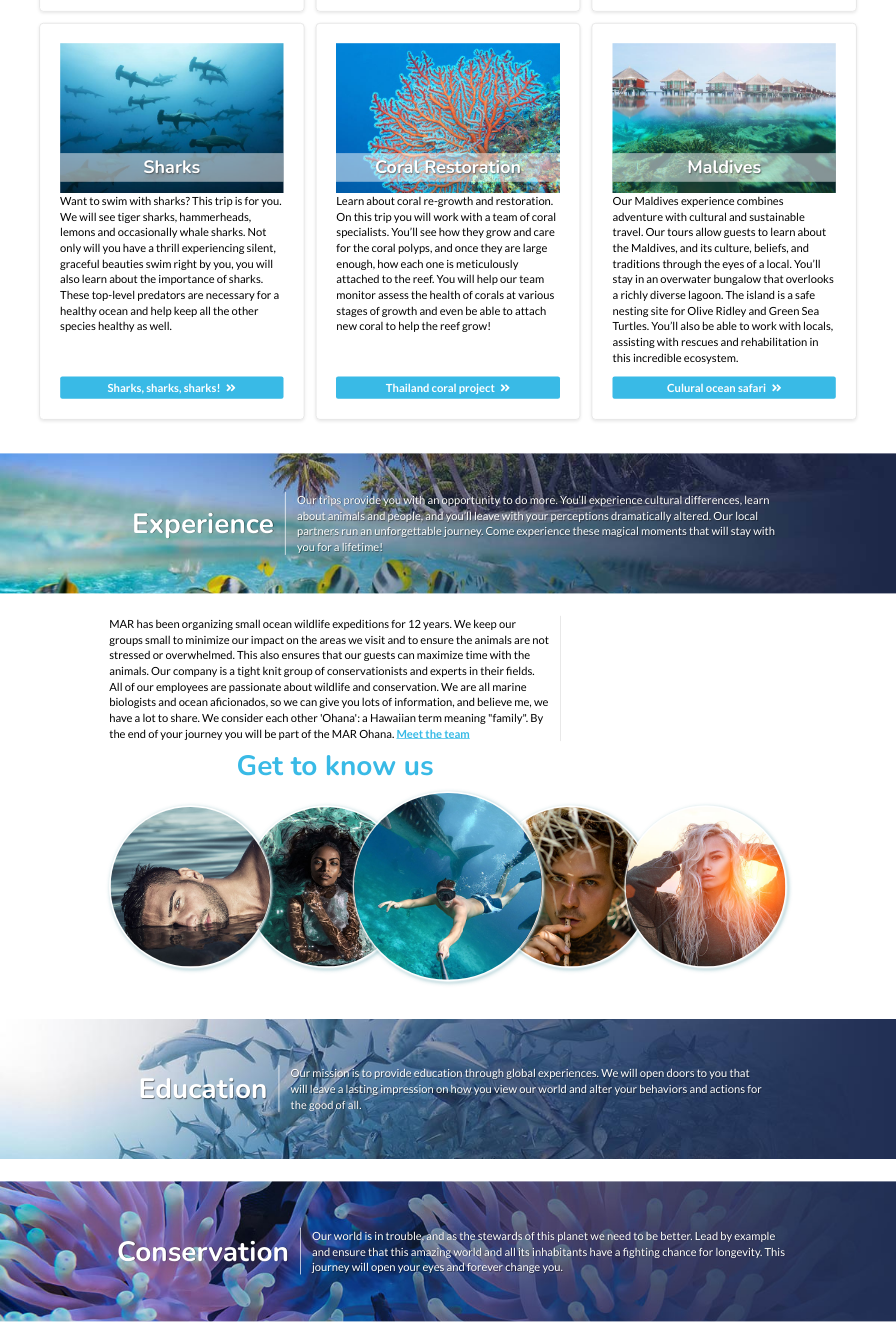
Repository: mariocapitbrok/css-combining-grid-and-flexbox-ch04
Page: 04_09/04_09_start.html
These files come from the project's save history. The page is drawn as it stood at one moment and after the next save; the edit follows.
The browser window is 1280 px wide. The pictures show the part of the page from y = 1084 to 3004 px (the page is 3004 px tall), at 70% of full size.

Above is the page before, as saved 2022-10-10 20:18:21.

### 04_09/04_09_start.html
<!DOCTYPE html>
<html lang="en">
<head>
  <meta charset="UTF-8">
  <meta name="viewport" content="width=device-width, initial-scale=1.0">
  <meta http-equiv="X-UA-Compatible" content="ie=edge">
  <meta name="description" content="MAR is a fictional company, the concept and design was created by Emily Kay for use on the Grid and Flexbox training course with Linkedin Learning">
  <meta name="author" content="Concept and design by Emily Kay">

  <title>MAR, Marine Awareness Retreats | transformative ocean-based trips focused on altering perceptions and habits</title>

  <link rel="shortcut icon" type="image/x-icon" href="images/favicon.ico">
  <link rel="apple-touch-icon" href="images/favicon.png">
  <!-- load font awesome -->
  <link rel="stylesheet" href="https://cdnjs.cloudflare.com/ajax/libs/font-awesome/5.15.3/css/all.min.css">
  <!-- load google fonts -->
  <link href="https://fonts.googleapis.com/css2?family=Lato:ital,wght@0,300;0,400;0,700;1,300;1,400&family=Nunito:ital,wght@0,200;0,300;0,400;0,600;0,700;0,800;1,400&display=swap" rel="stylesheet">

  <link rel="stylesheet" href="styles/base.css">

</head>
<body>

  <!-- header / hero -->
  <header class="hero" id="home">
    <img src="images/ecoSystems.png" alt="ocean ecosystems">
    <article>
      <h1>Marine Awareness Retreats.</h1>
      <p>We are an organization focused on educating and raising awareness about the importance of our ocean’s ecosystems. We create life-altering experiences that literally change perceptions and perspectives. Join us for an incredible trip that will educate and forever change you.</p>
      <button>Learn more about our trips <i class="fas fa-angle-double-right"></i></button>
    </article>
  </header>

  <!-- navigation -->
  <section class="navWrap">
    <img src="images/marLogo.svg" alt="MAR logo" class="logo">
    <input type="checkbox" id="navToggle" class="navToggle">
    <label for="navToggle" class="navToggleLabel"><span></span></label>
    <nav>
      <ul>
        <li><a href="#home">Home</a></li>
        <li><a href="#team">About</a></li>
        <li><a href="#gallery">Gallery</a></li>
        <li><a href="#problem">Blog</a></li>
        <li><a href="#contact">Contact</a></li>
        <li><a href="#trips" class="btn">Book an experience</a></li>
      </ul>
    </nav>
  </section>


  <main>

  <!-- Trips -->
  <section class="trips" id="trips">
    <article>
      <h1>Our trips</h1>
      <p>We have trips worldwide; incredible experiences that will not only provide unique animal interactions but will also introduce you to local heroes that are making a difference in their communities each and every day. Our trips educate and connect you with conservationists that are making changes in small communities. Little steps with huge impacts!</p>
    </article>
    <ul class="tripList">
      <li>
        <img src="images/trip01.jpg" alt="humpback whales">
        <h3>Humpback Whales</h3>
        <p>Tonga is a special place to visit - and if you go at the right time, you will be forever changed by seeing these gentle giants swimming with babies and engaging in heat runs. The excitement level is high on this trip; there’s nothing like hearing the song of a humpback whale as he tries to encourage a female to mate with him. Conservation is top priority among the locals, who do their best to ensure that the whales have a safe place to mate and birth.</p>
        <a href="#">Whales in Tonga <i class="fas fa-angle-double-right"></i></a>
      </li>
      <li>
        <img src="images/trip02.jpg" alt="Great Barrier Reef">
        <h3>GB Reef</h3>
        <p>Sail to some of the most incredible islands and dive sites in the world. The Great Barrier Reef is the world’s largest living organism, stretching over 2,000 km down the eastern coast of Australia. This trip will allow you to ‘live’ on the reef. We will visit turtle conservatories, shark protected breeding grounds, and you’ll learn about measures that are being taken to preserve this treasure.</p>
        <a href="#">Sail the Reef <i class="fas fa-angle-double-right"></i></a>
      </li>
      <li>
        <img src="images/trip03.jpg" alt="Galapagos">
        <h3>Galapagos</h3>
        <p>This trip is an amazing opportunity to visit many of the islands in the archipelago. There is so much diversity and an abundance of wildlife that is found nowhere else on earth. We will spend 10 days with sharks, mantas, turtles, ocean iguanas and so much more. Learn about the unique conservation efforts and amazing animals found only in the Galapagos.</p>
        <a href="#">Diversity central <i class="fas fa-angle-double-right"></i></a>
      </li>
      <li>
        <img src="images/trip04.jpg" alt="Sharks">
        <h3>Sharks</h3>
        <p>Want to swim with sharks? This trip is for you. We will see tiger sharks, hammerheads, lemons and occasionally whale sharks. Not only will you have a thrill experiencing silent, graceful beauties swim right by you, you will also learn about the importance of sharks. These top-level predators are necessary for a healthy ocean and help keep all the other species healthy as well.</p>
        <a href="#">Sharks, sharks, sharks! <i class="fas fa-angle-double-right"></i></a>
      </li>
      <li>
        <img src="images/trip05.jpg" alt="Coral">
        <h3>Coral Restoration</h3>
        <p>Learn about coral re-growth and restoration. On this trip you will work with a team of coral specialists. You’ll see how they grow and care for the coral polyps, and once they are large enough, how each one is meticulously attached to the reef. You will help our team monitor assess the health of corals at various stages of growth and even be able to attach new coral to help the reef grow!</p>
        <a href="#">Thailand coral project <i class="fas fa-angle-double-right"></i></a>
      </li>
      <li>
        <img src="images/trip06.jpg" alt="Maldives">
        <h3>Maldives</h3>
        <p>Our Maldives experience combines adventure with cultural and sustainable travel. Our tours allow guests to learn about the Maldives, and its culture, beliefs, and traditions through the eyes of a local. You’ll stay in an overwater bungalow that overlooks a richly diverse lagoon. The island is a safe nesting site for Olive Ridley and Green Sea Turtles. You’ll also be able to work with locals, assisting with rescues and rehabilitation in this incredible ecosystem.</p>
        <a href="#">Culural ocean safari <i class="fas fa-angle-double-right"></i></a>
      </li>
    </ul>
  </section>

  <!-- CTA1 -->
  <section class="cta cta1">
    <h1>Experience</h1>
    <p>Our trips provide you with an opportunity to do more. You’ll experience cultural differences, learn about animals and people, and you’ll leave with your perceptions dramatically altered. Our local partners run an unforgettable journey. Come experience these magical moments that will stay with you for a lifetime!</p>
  </section>

  <!-- Team -->
  <section class="team" id="team">
    <h1>Get to know us</h1>
    <ul class="teamMembers">
      <li><img src="images/team01.jpg" alt="team member"></li>
      <li><img src="images/team02.jpg" alt="team member"></li>
      <li><img src="images/team03.jpg" alt="team member"></li>
      <li><img src="images/team04.jpg" alt="team member"></li>
      <li><img src="images/team05.jpg" alt="team member"></li>
    </ul>
    <p>MAR has been organizing small ocean wildlife expeditions for 12 years. We keep our groups small to minimize our impact on the areas we visit and to ensure the animals are not stressed or overwhelmed. This also ensures that our guests can maximize time with the animals. Our company is a tight knit group of conservationists and experts in their fields. All of our employees are passionate about wildlife and conservation. We are all marine biologists and ocean aficionados, so we can give you lots of information, and believe me, we have a lot to share. We consider each other 'Ohana': a Hawaiian term meaning "family". By the end of your journey you will be part of the MAR Ohana. <a href="#">Meet the team</a></p>
  </section>

  <!-- CTA2 -->
  <section class="cta cta2">
    <h1>Education</h1>
    <p>Our mission is to provide education through global experiences. We will open doors to you that will leave a lasting impression on how you view our world and alter your behaviors and actions for the good of all.</p>
  </section>

  <!-- Problem -->


  <!-- Actions -->


  <!-- CTA3 -->
  <section class="cta cta3">
    <h1>Conservation</h1>
    <p>Our world is in trouble, and as the stewards of this planet we need to be better. Lead by example and ensure that this amazing world and all its inhabitants have a fighting chance for longevity. This journey will open your eyes and forever change you.</p>
  </section>

  <!-- Photo Gallery -->

  </main>


  <!-- Footer -->
  <footer>

  <!-- Contact Form -->

  <!-- Social Media -->

  <!-- Contact Info -->

  </footer>
</body>
</html>

### 04_09/styles/base.css
/*

TABLE OF CONTENTS

  1. Global styles
  2. Hero
  3. Navigation
  4. Trips
  5. CTA
  6. Team
  7. Problem
    7a. Actions
  8. Gallery
  9. Footer
    9a. Contact
    9b. Connect
  10. Media Queries
    10a. Media Query, (min-width: 700px)
      10a-i. Hero
      10a-ii. Navigation, Large screen
      10a-iii. Trips, Large screen
      10a-iv. CTA summaries, Large screen rules
      10a-v. Team, Large screen rules
    10b. Media Query, (min-width: 1000px)

*/

/* ############ 1. Global Styles ############ */
 article, aside, details, figcaption, figure, footer, header, hgroup, menu, nav, section {
   display: block;
}

 * {
   padding: 0;
   margin: 0;
   box-sizing: border-box;
   font-size: 100%;
 }

 body > * {
   font-family: 'Lato', sans-serif;
   line-height: 1.4;
 }

 img {
   max-width: 100%;
   height: auto;
 }

 h1, h2, h3, h4 {
   font-family: 'Nunito', sans-serif;
   line-height: 1;
 }

 h1 {
   font-size: 2.5rem;
 }

 h2 {
   font-size: 2rem;
 }

 h3 {
   font-size: 1.6rem;
 }

 h4 {
   font-size: 1.4rem;
 }

 p {
   line-height: 1.4;
 }

a {
  color: #36bae6;
  font-weight: bold;
}

a:hover {
  color: #e06630;
}

i {
  padding-left: .5rem;
}

/* ############ 2. Hero ############ */
.hero {
  background: url("../images/header1_sm.jpg") no-repeat center right;
  background-size: cover;
  color: #fff;
  font-size: 20px;
  text-align: center;
  display: grid;
  grid-template-columns: 10px 2fr 10px;
  grid-template-rows: .5fr 1fr 20px;
  grid-gap: 20px;
 }

.hero img {
  margin: auto;
  padding-top: 1rem;
  grid-column: 2 / 3;
  grid-row: 1 / 2;
}

.hero article {
  grid-column: 2 / 3;
  grid-row: 2 / 3;
}

.hero h1 {
  font-size: 2rem;
  text-transform: uppercase;
}

.hero button {
  background-color: #fff;
  border: none;
  border-radius: 4px;
  color: #2abadf;
  font-size: 1rem;
  padding: 5px 10px;
  margin: .75rem auto 0;
}


/* ############ 3. Navigation ############ */
.logo {
  max-width: 90px;
 }

.navWrap {
  position: sticky;/*  ** note the menu will not be sticky until we add more page content */
  top: 0;
  z-index: 99;
  height: 48px;
  width: 100%;
  background-color: #212f54;
  border-bottom: 1px solid #e0e5eb;
  box-shadow: 0px 1px 8px #223055;
  padding: 0 1.5rem;
  display: flex;
  align-items: center;
  justify-content: space-between;
}

input#navToggle {
  display: none;
}

input#navToggle ~ label {
  position: relative;
  padding: 0.25rem;
  width: 2rem;
  height: 1.25rem;
  height: 2rem;
}

input#navToggle ~ label > span,
input#navToggle ~ label > span::before,
input#navToggle ~ label > span::after {
  content: "";
  display: block;
  position: absolute;
  top: .75rem;
  height: 0.125rem;
  width: 1.75rem;
  opacity: 1;
  background: #fff;
  transition: 0.14s ease-in-out;
}

input#navToggle ~ label > span::before {
  top: -0.5rem;
}

input#navToggle ~ label > span::after {
  top: 0.5rem;
}

#navToggle:checked ~ label > span {
  width: 0;
  background: rgba(18, 18, 18, 0);
}

#navToggle:checked ~ label > span::before {
  transform: rotateZ(45deg);
  top: 0;
}

#navToggle:checked ~ label > span::after {
  transform: rotateZ(-45deg);
  top: 0;
}

#navToggle:checked ~ nav {
  left: 0;
}

nav {
  position: absolute;
  z-index: -1;
  top: 3.0rem;
  left: -110%;
  width: 100%;
  transition: 0.22s ease-in-out;
}

nav::after {
  content: "";
  position: absolute;
  top: 0;
  z-index: -1;
  height: 100vh;
  width: 100vw;
  background-color: #13b1e7;
  background-size: cover;
}

nav ul {
    list-style-type: none;
}

nav ul li a {
  display: inline-block;
  text-decoration: none;
  width: 100%;
  padding: .75rem 1rem;
  color: #fff;
  border-bottom: solid 1px rgba(255,255,255,.5);
  transition: 0.14s ease-in-out;
}

nav ul li a:hover {
  color: #36bae6;
  background: #e0e5eb;
}

nav ul li:last-of-type::before {
  content: "";
  display: block;
  padding: .5rem;
  }

nav .btn {
  background: #fff;
  border-bottom: none;
  border-radius: 4px;
  box-shadow: inset 0 0 5px #eeb80c;
  color: #223054;
  width: 40%;
  padding: 0.25rem .6rem;
  letter-spacing: 1px;
  text-shadow: 0 0 1px rgb(19,177,231);
  display: flex;
  justify-content: center;
  margin: auto;
}

nav .btn:hover {
  background-color: #223054;
  box-shadow: inset 0 0 5px #13b1e7;
  color: #fff;
}

/* ############ 4. Trips ############ */
.trips {
  padding: 1rem;
  margin: auto;
  max-width: 1200px;
}

.trips article {
  margin: 2rem auto;
  width: 80%;
  max-width: 1000px;
}

.trips h1 {
  color: #3abadf;
  font-size: 3rem;
  margin-left: 1rem;
}

.trips article p {
  border-left: solid 1px #dedede;
  padding-left: 1rem;
}

.tripList {
  list-style-type: none;
  display: grid;
  grid-template-columns: repeat(auto-fit, minmax(260px, 1fr));
  grid-gap: 1rem;
}

.tripList li {
  background-color: rgba(255,255,255,.9);
  border-radius: 6px;
  border: solid 1px #dedede;
  box-shadow: 0 2px 5px rgba(0,0,0,0.1);
  padding: 1.8rem;
  display: grid;
  grid-template-columns: 1fr;
  grid-template-rows: auto minmax(140px, 1fr) auto;
}

.tripList h3, .tripList img {
  grid-row: 1 / 2;
  grid-column: 1;
}

.tripList h3 {
  background-color: rgba(255,255,255,.5);
  color: #fff;
  padding: .5rem;
  margin-bottom: 1rem;
  text-align: center;
  text-shadow: 1px 1px 2px rgba(51,51,51,.7);
  align-self: end;
}

.trips a {
  border-radius: 3px;
  background-color: #39bae6;
  color: #fff;
  height: 2rem;
  margin-top: 1rem;
  text-decoration: none;
  display: flex;
  justify-content: center;
  align-items: center;
}

.trips a:hover {
  background-color: #333;
}


/* ############ 5. CTA ############ */
.cta {
  background-repeat: no-repeat;
  background-position: center center;
  background-size: cover;
  color: #fff;
  margin: 2rem auto;
  padding: 2rem;
  text-shadow: 1px 1px 1px rgb(0 0 0 / 50%);
}

.cta1 {
  background-image: url("../images/ctaBG1_sm.jpg");
}

.cta2 {
  background-image: url("../images/ctaBG2_sm.jpg");
}

.cta3 {
  background-image: url("../images/ctaBG3_sm.jpg");
}

.cta h1 {
  margin-left: 1rem;
}

.cta p {
  border-left: solid 1px #fff;
  padding-left: 1rem;
  max-width: 700px;
}


/* ############ 6. Team ############ */
.team {
  margin: 1rem;
}

.team h1 {
  text-align: center;
  color: #39bae6;
}

.team p {
  margin-bottom: 1rem;
}

.teamMembers {
  list-style-type: none;
  margin: 1rem 0;
  display: grid;
  grid-template-columns: repeat(10, 1fr);
  align-items: center;
}

.teamMembers li {
  grid-row: 1 / 2;
}

.teamMembers li:nth-child(1) {
  grid-column: 1 / 4;
  order: 1;
}

.teamMembers li:nth-child(2) {
  grid-column: 3 / 6;
}

.teamMembers li:nth-child(3) {
  grid-column: 4 / 8;
  order: 1;
  text-align: center;
}

.teamMembers li:nth-child(4) {
  grid-column: -3 / 6;
  text-align: right;
}

.teamMembers li:nth-child(5) {
  grid-column: -4 / -1;
  text-align: right;
}

.teamMembers li:hover {
  order: 2;
}

.teamMembers img {
  border-radius: 50%;
  width: 80%;
  box-shadow: 1px 1px 3px #fff, 2px 2px 6px rgb(28 121 138 / 50%);
  border: solid 2px rgba(255,255,255,.8);
}

.teamMembers li:nth-child(3) img {
  width: 70%;
}


/* ############ 7. Problem ############ */

/* ############ 7a. Problem > Action ############ */


/* ############ 8. Gallery ############ */


/* ######### 9. Footer ######### */

/* ######### 9a. Footer > Contact ######### */

/* ######### 9b. Footer > Connect ######### */


/* ############ 10. Media Queries ############ */

/* ############ 10a. Media Query, (min-width: 700px) ############ */
@media screen and (min-width: 700px) {
  /* ######### 10a-i. HERO, Large screen rules ######### */
  header.hero {
    background: url(../images/header1_lg.jpg) no-repeat center left;
    background-size: cover;
    text-align: left;
    grid-template-columns: repeat(6, 1fr);
    grid-template-rows: .25fr 1fr .25fr;
    align-items: center;
  }

  .hero img {
    margin: 0 0 0 auto;
    grid-row: 2 / 3;
  }

  .hero article {
   max-width: 1000px;
   grid-column: 3 / 6;
  }

/* ######### 10a-ii. Navigation, Large screen rules ######### */
  .navWrap {
    display: grid;
    grid-template-columns: 100px minmax(auto, 1100px);
    justify-content: center;
    height: auto;
  }

  .navToggleLabel {
    display: none;
  }

  nav {
    position: initial;
  }

  nav ul {
    display: flex;
    justify-content: flex-end;
    align-items: center;
  }

  nav ul li a {
    border-bottom: none;;
  }

  nav ul li a:hover {
    background: transparent;
  }

  nav::after, nav ul li:last-of-type::before {
    display: none;
    padding: initial;
  }

  nav .btn {
    width: auto;
    background: #13b1e7;
    color: #fff;
    letter-spacing: normal;
    text-shadow: none;
    box-shadow: none;
  }

  nav.btn:hover {
    box-shadow: inset 0 0 5px #13b1e7;
    background-color: #223054;
  }

/* ######### 10a-iii. Trips, Large screen rules ######### */
  .tripList {
  grid-template-columns: repeat(auto-fit, minmax(300px, 1fr));
  }

  .trips article {
   width: 90%;
   display: flex;
   align-items: center;
  }

  .trips h1 {
    margin: 0 1rem 0 0;
  }

  .trips p {
    flex: 3;
  }

/* ######### 10a-iv. CTA summaries, Large screen rules ######### */
  .cta {
    min-height: 200px;
    display: flex;
    align-items: center;
    justify-content: center;
  }

  .cta1 {
    background-image: url("../images/ctaBG1_lg.jpg");
  }

  .cta2 {
    background-image: url("../images/ctaBG2_lg.jpg");
  }

  .cta3 {
    background-image: url("../images/ctaBG3_lg.jpg");
  }

  .cta h1 {
    margin-right: 1rem;
  }

/* ######### 10a-v. Team, Large screen rules ######### */
  .team {
    max-width: 1000px;
    margin: auto;
    padding: 0 1rem;
    display: grid;
    grid-template-columns: 1fr .5fr;
    grid-template-rows: repeat(2, auto);
  }

  .team h1 {
    order: 2;
    grid-row: 2 / -1;
  }

  .teamMembers {
    order: 1;
    grid-column: 1 / -1;
  }

  .team p {
    border-right: solid 1px #dedede;
    padding-right: 1rem;
  }

}

/* ############ 10b. Media Query, (min-width: 1000px) ############ */
@media screen and (min-width: 1000px) {

}

After the next save:
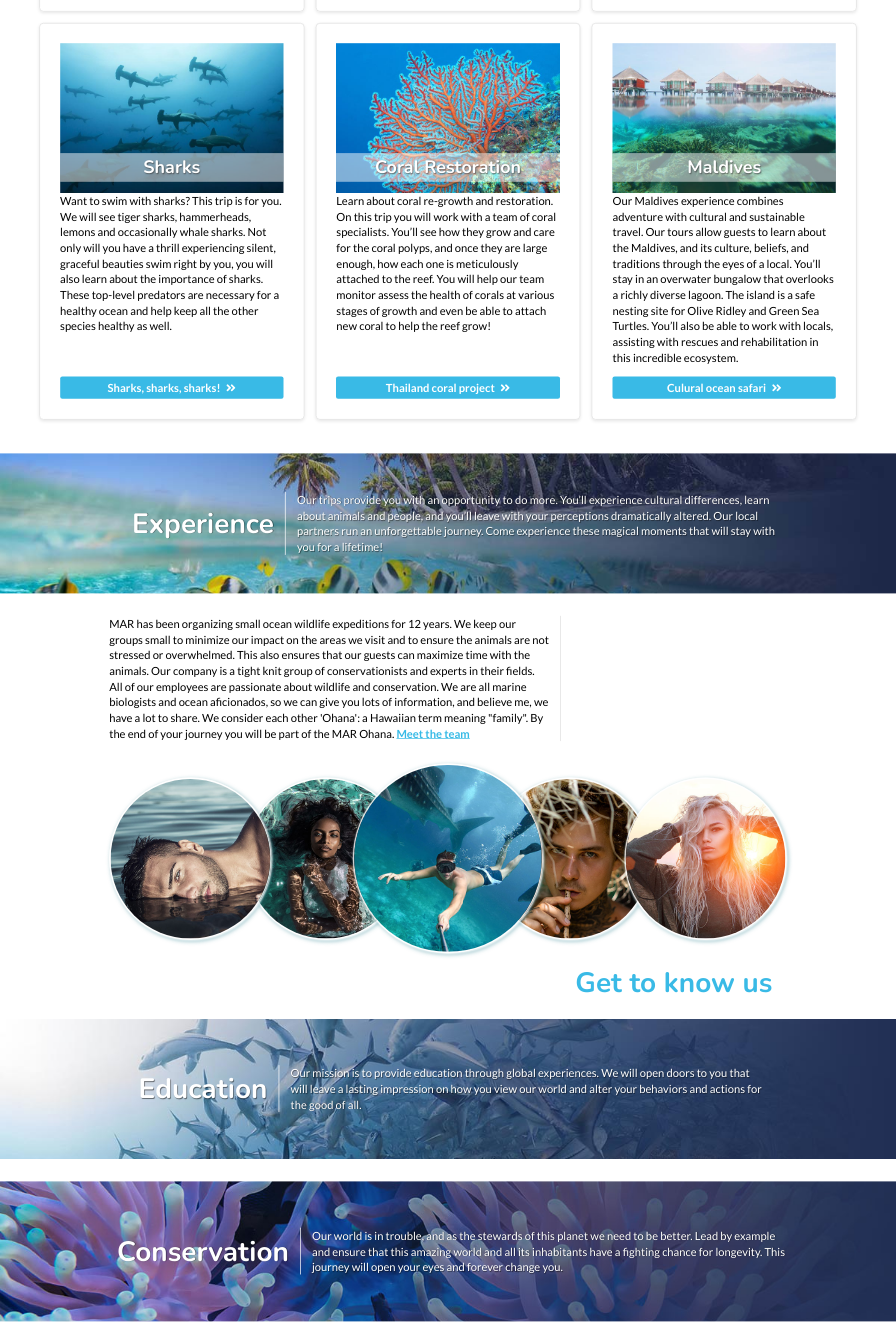
Saved 26 s later.
--- a/04_09/styles/base.css
+++ b/04_09/styles/base.css
@@ -583,7 +583,7 @@ nav .btn:hover {
 
   .team h1 {
     order: 2;
-    grid-row: 2 / -1;
+    grid-column: 2 / -1;
   }
 
   .teamMembers {
